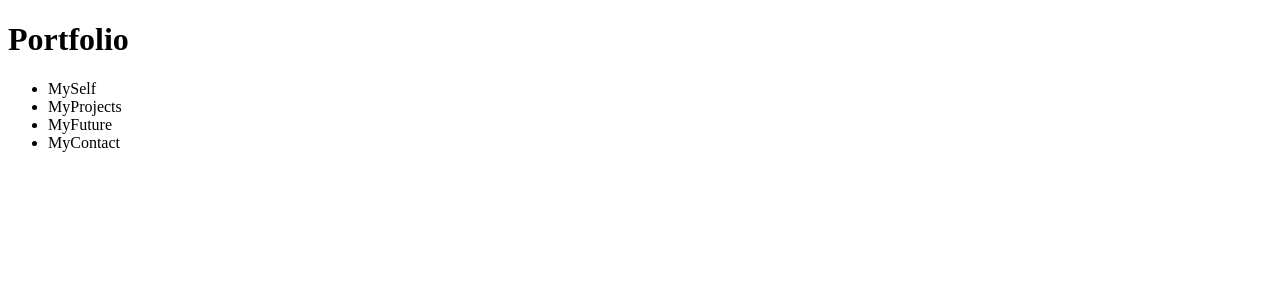
Repository: ChristianGecchelin/PortfolioOnline
Page: index.html
These files come from the project's save history. The page is drawn as it stood at one moment and after the next save; the edit follows.
The browser window is 1280 px wide. The pictures show the whole page.

Above is the page before, as saved 2022-01-08 10:22:19.

After the next save:
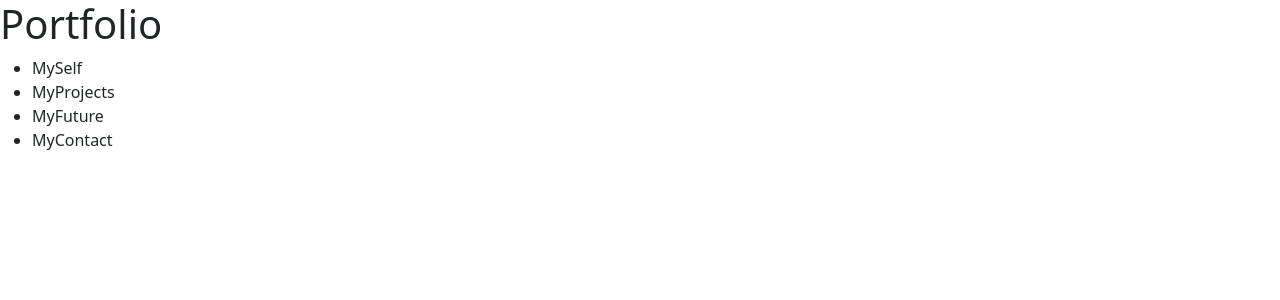
Saved 57 s later.
--- a/index.html
+++ b/index.html
@@ -5,6 +5,12 @@
     <meta http-equiv="X-UA-Compatible" content="IE=edge" />
     <meta name="viewport" content="width=device-width, initial-scale=1.0" />
     <title>Portfolio Christian</title>
+    <link
+      href="https://cdn.jsdelivr.net/npm/bootstrap@5.1.3/dist/css/bootstrap.min.css"
+      rel="stylesheet"
+      integrity="sha384-1BmE4kWBq78iYhFldvKuhfTAU6auU8tT94WrHftjDbrCEXSU1oBoqyl2QvZ6jIW3"
+      crossorigin="anonymous"
+    />
   </head>
   <body>
     <header>
